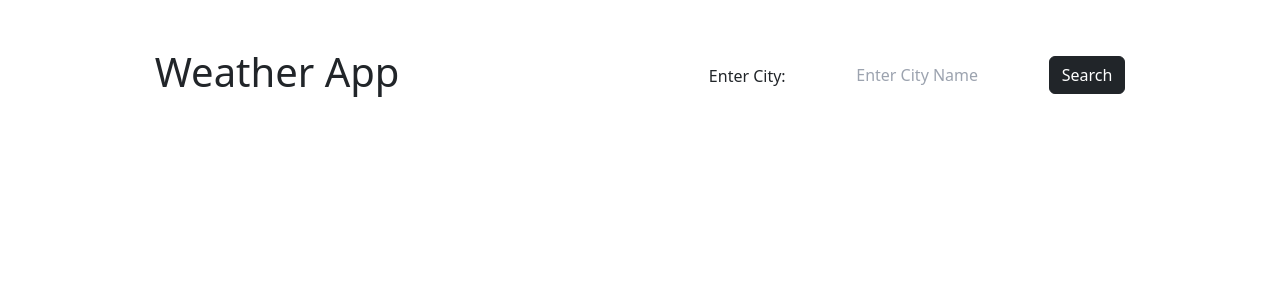
Repository: bhaveshtrades/weatherapp
Page: /
These files come from the project's save history. The page is drawn as it stood at one moment and after the next save; the edit follows.
The browser window is 1280 px wide. The pictures show the whole page.
The project was rebuilt for these pictures with package versions that can differ from the ones it lists, and the page was loaded fresh each time. Also part of the build but not shown: src/components/DetailedWeather.jsx, src/components/HourlyForecast.jsx.

Above is the page before, as saved 2023-01-17 18:11:22.

### public/index.html
<!DOCTYPE html>
<html lang="en">
  <head>
    <meta charset="utf-8" />
    <link rel="icon" href="%PUBLIC_URL%/favicon.ico" />
    <meta name="viewport" content="width=device-width, initial-scale=1" />
    <meta name="theme-color" content="#000000" />
    <meta
      name="description"
      content="Web site created using create-react-app"
    />
    <link rel="apple-touch-icon" href="%PUBLIC_URL%/logo192.png" />
    <!--
      manifest.json provides metadata used when your web app is installed on a
      user's mobile device or desktop. See https://developers.google.com/web/fundamentals/web-app-manifest/
    -->
    <link rel="manifest" href="%PUBLIC_URL%/manifest.json" />
  </head>

    <!--
      Notice the use of %PUBLIC_URL% in the tags above.
      It will be replaced with the URL of the `public` folder during the build.
      Only files inside the `public` folder can be referenced from the HTML.

      Unlike "/favicon.ico" or "favicon.ico", "%PUBLIC_URL%/favicon.ico" will
      work correctly both with client-side routing and a non-root public URL.
      Learn how to configure a non-root public URL by running `npm run build`.
    -->
    <title>React App</title>
  </head>
  <body>
    <noscript>You need to enable JavaScript to run this app.</noscript>
    <div id="root"></div>
    <!--
      This HTML file is a template.
      If you open it directly in the browser, you will see an empty page.

      You can add webfonts, meta tags, or analytics to this file.
      The build step will place the bundled scripts into the <body> tag.

      To begin the development, run `npm start` or `yarn start`.
      To create a production bundle, use `npm run build` or `yarn build`.
    -->
  </body>
</html>

### src/App.js
import React from 'react';
import CurrentWeather from './components/CurrentWeather';

function App() {

  return (
    <>
    <CurrentWeather/>
    </>
  );
}

export default App;

### src/components/CurrentWeather.jsx
import React, { useState } from 'react';
import DetailedWeather from './DetailedWeather';
import Navbar from './Navbar';
import HourlyForecast from './HourlyForecast';

function CurrentWeather(){

    const apiKey = process.env.REACT_APP_API_KEY;

    const[city, setCity] = useState();
    const[weatherData, setWeatherData] = useState([]);
    const[hourlyData, setHourlyData] = useState([]);

    let api = `http://api.weatherapi.com/v1/forecast.json?key=${apiKey}&q=${city}`;


    const weekDays = ['Sunday', 'Monday', 'Tuesday', 'Wednesday', 'Thursday', 'Friday', 'Saturday'];
    const months = ["January","February","March","April","May","June","July","August","September","October","November","December"]

     function getWeather(e){
      e.preventDefault();

      fetch(api).then(data => data.json())
      .then((response)=>{
        if(response.hasOwnProperty('location')){
        setWeatherData([response]);
        setHourlyData([response.forecast.forecastday[0].hour]);
        }else{
        setWeatherData([]);
        setHourlyData([]);
        }
      });
     }

     function forecastingData(element, index){
      let correctTime;
      let timeUnit = 'AM';
        if(new Date(`${element.time}`).getHours() === 0){
          correctTime = 12;
        }else if(new Date(`${element.time}`).getHours() === 12){
          correctTime = new Date(`${element.time}`).getHours();
          timeUnit = 'PM';
        }else if(new Date(`${element.time}`).getHours() > 12){
          correctTime = new Date(`${element.time}`).getHours() - 12;
          timeUnit = 'PM';
        }else{
          correctTime = new Date(`${element.time}`).getHours();
        }
        return <HourlyForecast key={index} tempProp={element.temp_c} iconProp={element.condition.icon} timeProp={correctTime+timeUnit}/>
     }

     console.log(new Date().getDate());

     function filteredForecasting(element){
      if(hourlyData[0].length !== 0){
      return new Date(`${element.time}`).getHours() >= new Date().getHours()
      }
    }

  return(
    <>
    <Navbar resultProp={getWeather} cityProp={(e)=>{setCity(e.target.value)}}/>
    {weatherData.length !==0 &&
    <div className='mt-16 pl-72'>
    <div>
    <h2>{weatherData[0].location.name}, {weatherData[0].location.country}</h2>
    <h4>{new Date(`${weatherData[0].current.last_updated}`).getDate()} {months[new Date(`${weatherData[0].current.last_updated}`).getMonth()]}, {weekDays[new Date(`${weatherData[0].current.last_updated}`).getDay()]}</h4>
    </div>
    <div className='flex gap-x-72 pt-12 pl-12'>
    <div className='flex gap-x-10 pt-6'>
    <div>
    <img src={`${weatherData[0].current.condition.icon}`} alt='This is a weather Icon'/>
    </div>
    <div>
    <h2>{weatherData[0].current.temp_c}<span>&#176;</span></h2>
    <h4>{weatherData[0].current.condition.text}</h4>
    </div>
    </div>
    <DetailedWeather maxTempProp={weatherData[0].forecast.forecastday[0].day.maxtemp_c} minTempProp={weatherData[0].forecast.forecastday[0].day.mintemp_c} sunriseProp={weatherData[0].forecast.forecastday[0].astro.sunrise} sunsetProp={weatherData[0].forecast.forecastday[0].astro.sunset} windSpeedProp={weatherData[0].current.wind_kph} rainChanceProp={weatherData[0].forecast.forecastday[0].day.daily_chance_of_rain}/>
    </div>
    </div>
    }
    {hourlyData.length !== 0 && <div className='mt-4 ml-52 w-3/4 h-56 overflow-auto'>
    <div>
    <h3>Today's Weather</h3>
    </div>
    {<div className='flex gap-x-12 pl-4 pt-2'>
    {hourlyData[0].filter(filteredForecasting).map(forecastingData)}
    </div>}
    </div>}
    </>
  )
}

export default CurrentWeather;

### src/components/Navbar.jsx
import React from 'react'

function Navbar({resultProp, cityProp}){

  return (
    <>
    <div className='flex justify-around mt-12'>
    <div>
    <h1 className='max-[1004px]:bg-red-400'>Weather App</h1>
    </div>
    <div className='pt-2'>
    <form role="search" onSubmit={resultProp} className="flex gap-x-4">
        <label htmlFor='cityName' className='pt-2'>Enter City: </label>
        <input type='text' className='text-center' placeholder='Enter City Name' onChange={cityProp}/>
        <button type="submit" className='btn btn-dark' onClick={resultProp}>Search</button>
    </form>
    </div>
    </div>
    </>
  )
}

export default Navbar;

Loaded but not shown: src/index.js (common file); src/index.css (common file); src/reportWebVitals.js (common file); tailwind.config.js (common file)

After the next save:
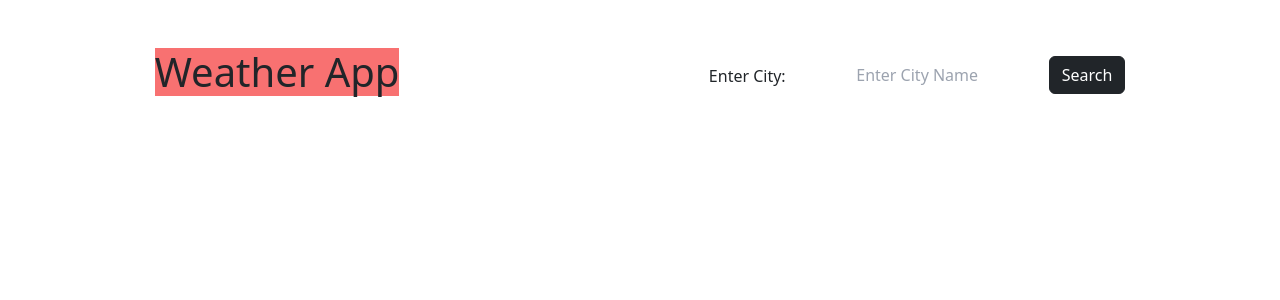
Saved 27 s later.
--- a/src/components/Navbar.jsx
+++ b/src/components/Navbar.jsx
@@ -6,7 +6,7 @@
     <>
     <div className='flex justify-around mt-12'>
     <div>
-    <h1 className='max-[1004px]:bg-red-400'>Weather App</h1>
+    <h1 className='min-[1004px]:bg-red-400'>Weather App</h1>
     </div>
     <div className='pt-2'>
     <form role="search" onSubmit={resultProp} className="flex gap-x-4">

After the 2 saves that followed:
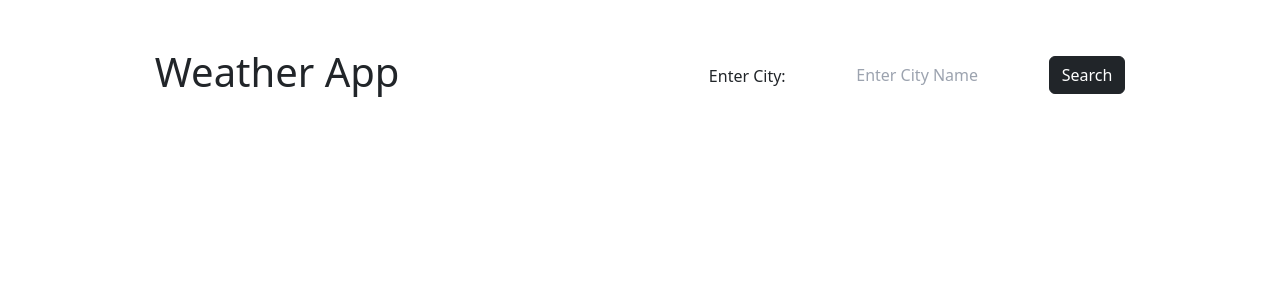
The 2 saves are shown as one change because 1 left the picture as it was.
The last was saved 57 s later.
--- a/src/components/Navbar.jsx
+++ b/src/components/Navbar.jsx
@@ -6,7 +6,7 @@
     <>
     <div className='flex justify-around mt-12'>
     <div>
-    <h1 className='min-[1004px]:bg-red-400'>Weather App</h1>
+    <h1>Weather App</h1>
     </div>
     <div className='pt-2'>
     <form role="search" onSubmit={resultProp} className="flex gap-x-4">
